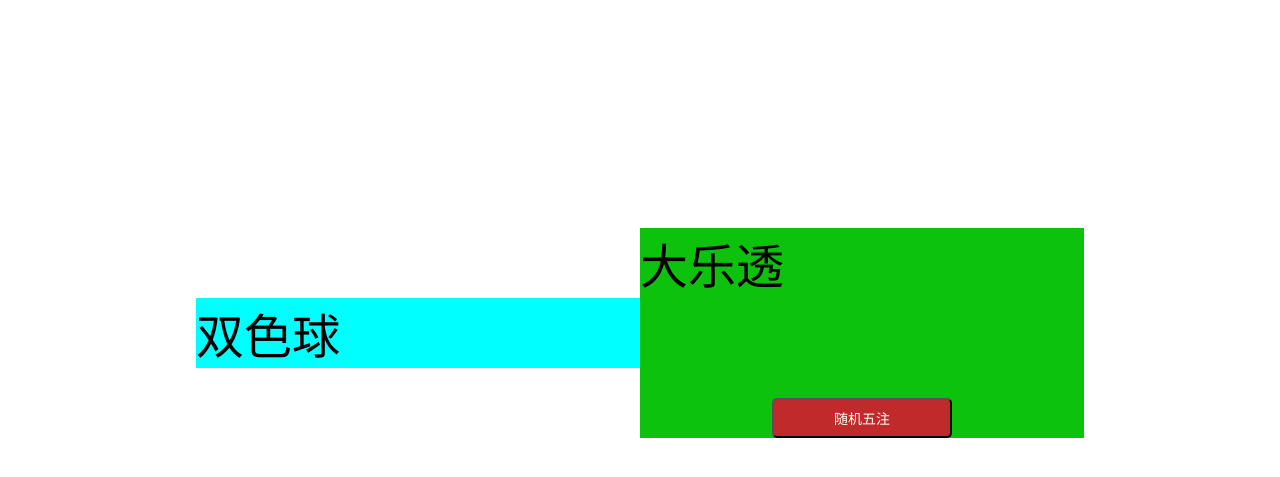
Repository: yz1181214391/caipiao-demo
Page: Cp.html
The author's editor kept a copy of each file at every save. The page is drawn from the files as they stood at one save, then again after the next save.
The browser window is 1280 px wide. The pictures show the whole page.

Above is the page before, as saved 2020-12-14 10:44:46.

After the next save:
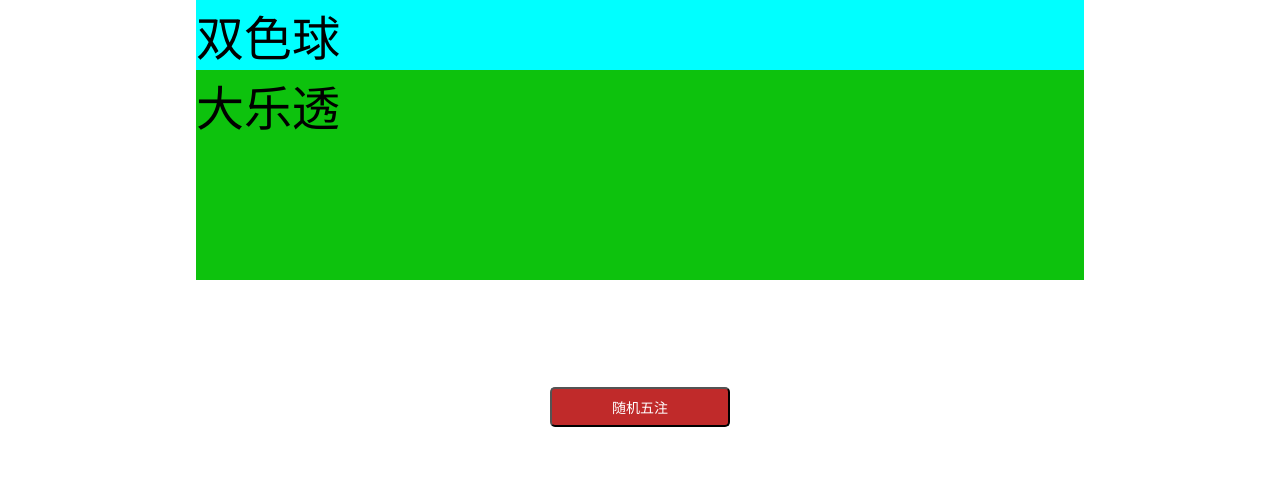
Saved 15 s later.
--- a/Cp.html
+++ b/Cp.html
@@ -91,7 +91,7 @@
     }
 </style>
 <body>
-    <div class="box cp-flex">
+    <div class="box">
         <div class="ssq-box cp-flex">
             <h1 class="cp-font">双色球</h1>
         </div>
